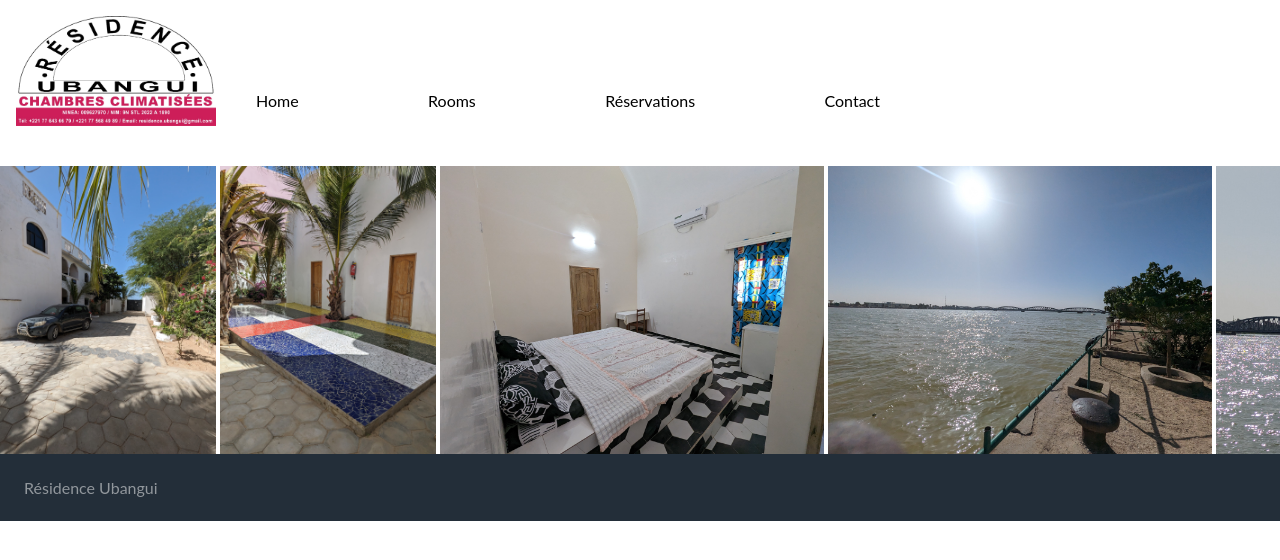
Repository: Nedjim/ubangui
Page: /home
The author's editor kept a copy of each file at every save. The page is drawn from the files as they stood at one save, then again after the next save.
The browser window is 1280 px wide. The pictures show the whole page.
The project was rebuilt for these pictures with package versions that can differ from the ones it lists, and the page was loaded fresh each time. The framework's server and built-in components were replaced by stand-ins that run in the browser. Also part of the build but not shown: nuxt.config.ts, components/PageTitle.vue, components/Test.vue.

Above is the page before, as saved 2024-01-11 20:50:20.

After the next save:
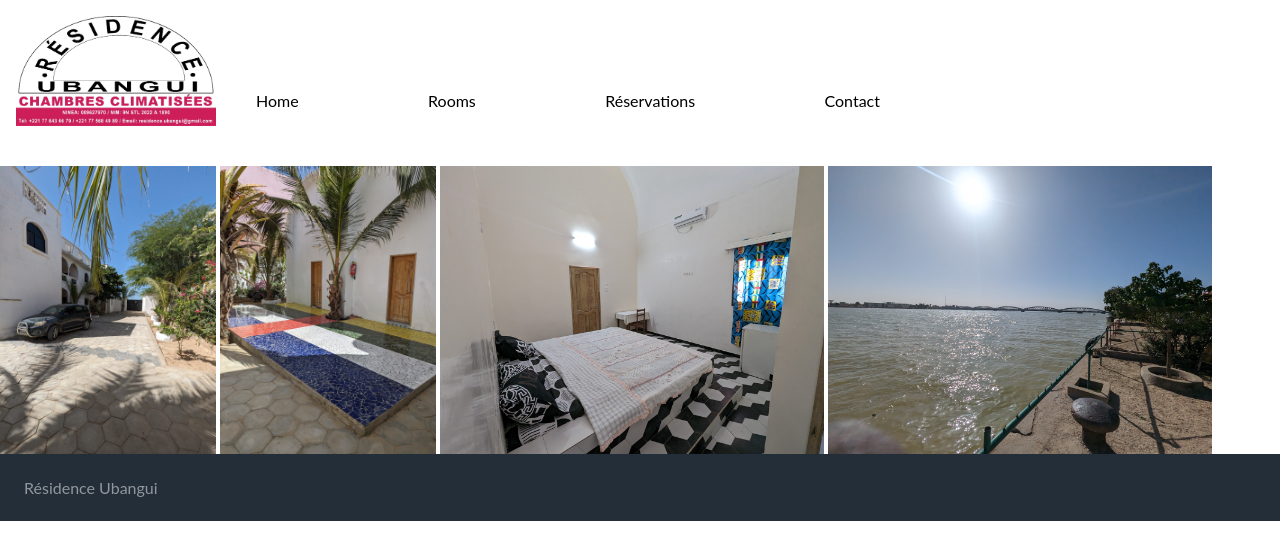
Saved 29 s later.
--- a/components/Carousel.vue
+++ b/components/Carousel.vue
@@ -4,7 +4,7 @@
       <img src="~/assets/img/home-2.jpg" alt="home-2" />
       <img src="~/assets/img/room-1.jpg" alt="room-1" />
       <img src="~/assets/img/landscape.jpg" alt="landscape" />
-      <img src="~/assets/img/landscape-2.jpg" alt="landscape-2" />
+      <!-- <img src="~/assets/img/landscape-2.jpg" alt="landscape-2" /> -->
     </div>
 </template>
 

After the save that followed:
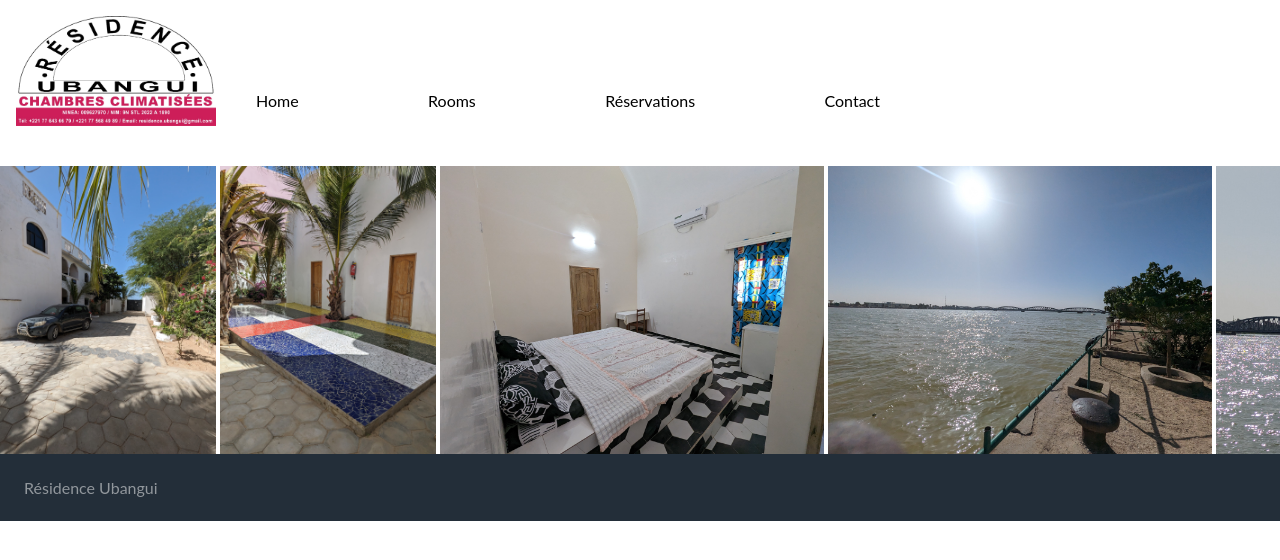
Saved 9 s later.
--- a/components/Carousel.vue
+++ b/components/Carousel.vue
@@ -4,7 +4,7 @@
       <img src="~/assets/img/home-2.jpg" alt="home-2" />
       <img src="~/assets/img/room-1.jpg" alt="room-1" />
       <img src="~/assets/img/landscape.jpg" alt="landscape" />
-      <!-- <img src="~/assets/img/landscape-2.jpg" alt="landscape-2" /> -->
+      <img src="~/assets/img/landscape-2.jpg" alt="landscape-2" />
     </div>
 </template>
 
